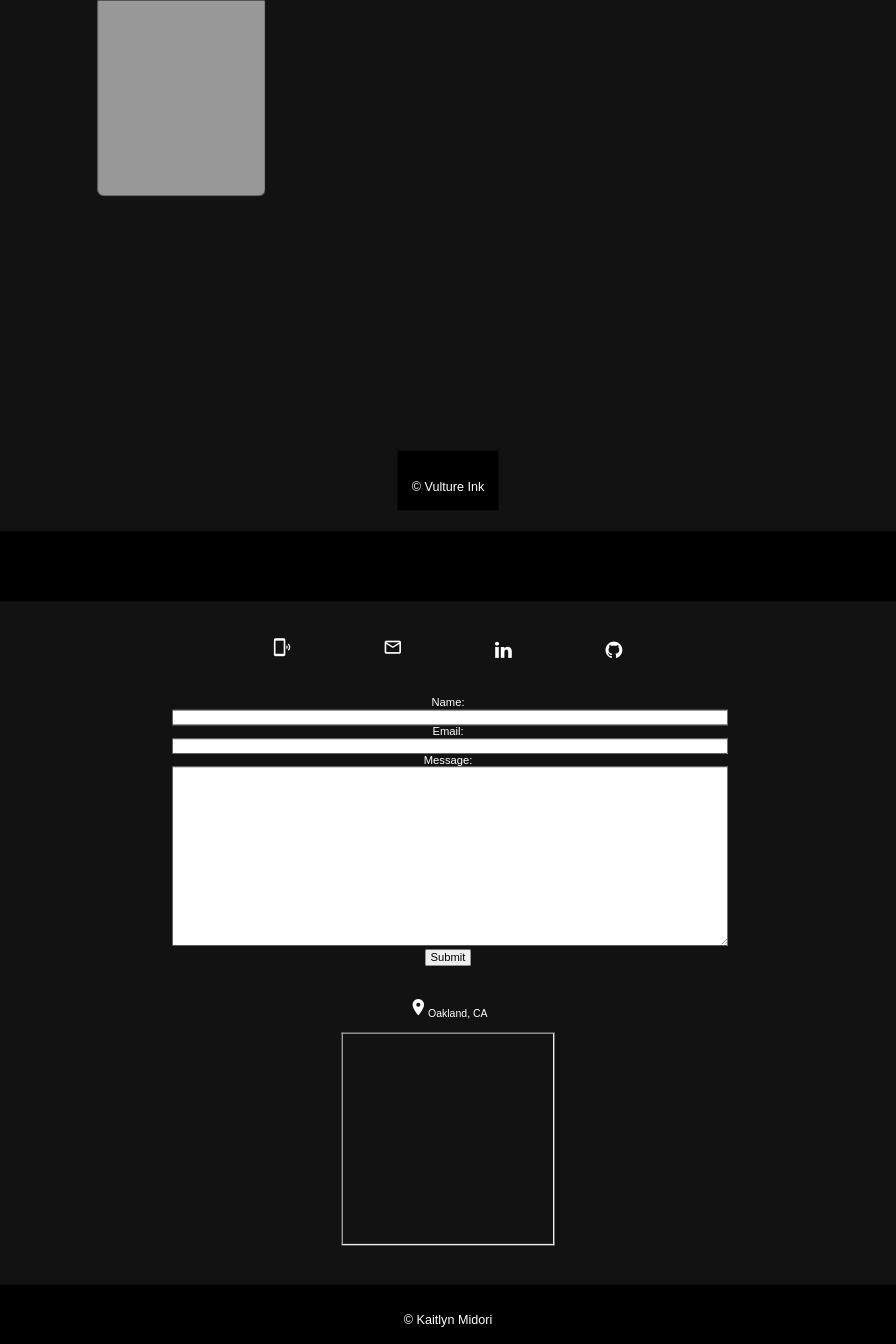
Repository: kaitlynMidori/anon_ink
Page: index.html
The author's editor kept a copy of each file at every save. The page is drawn from the files as they stood at one save, then again after the next save.
The browser window is 1280 px wide. The pictures show the part of the page from y = 810 to 2730 px (the page is 2730 px tall before and 2645 px after), at 70% of full size.
Pictures or frames that could not be fetched are drawn as grey boxes. A picture or video elsewhere on the page could not be fetched, so the positions and the page height are approximate. Some web fonts or font styles are not loaded; a fallback is used. Some web libraries are served in a nearby version.

Above is the page before, as saved 2021-11-11 20:21:09.
Not found: images/beer.jpg
Not found: images/books.jpg
Not found: images/computer.jpg

After the next save:
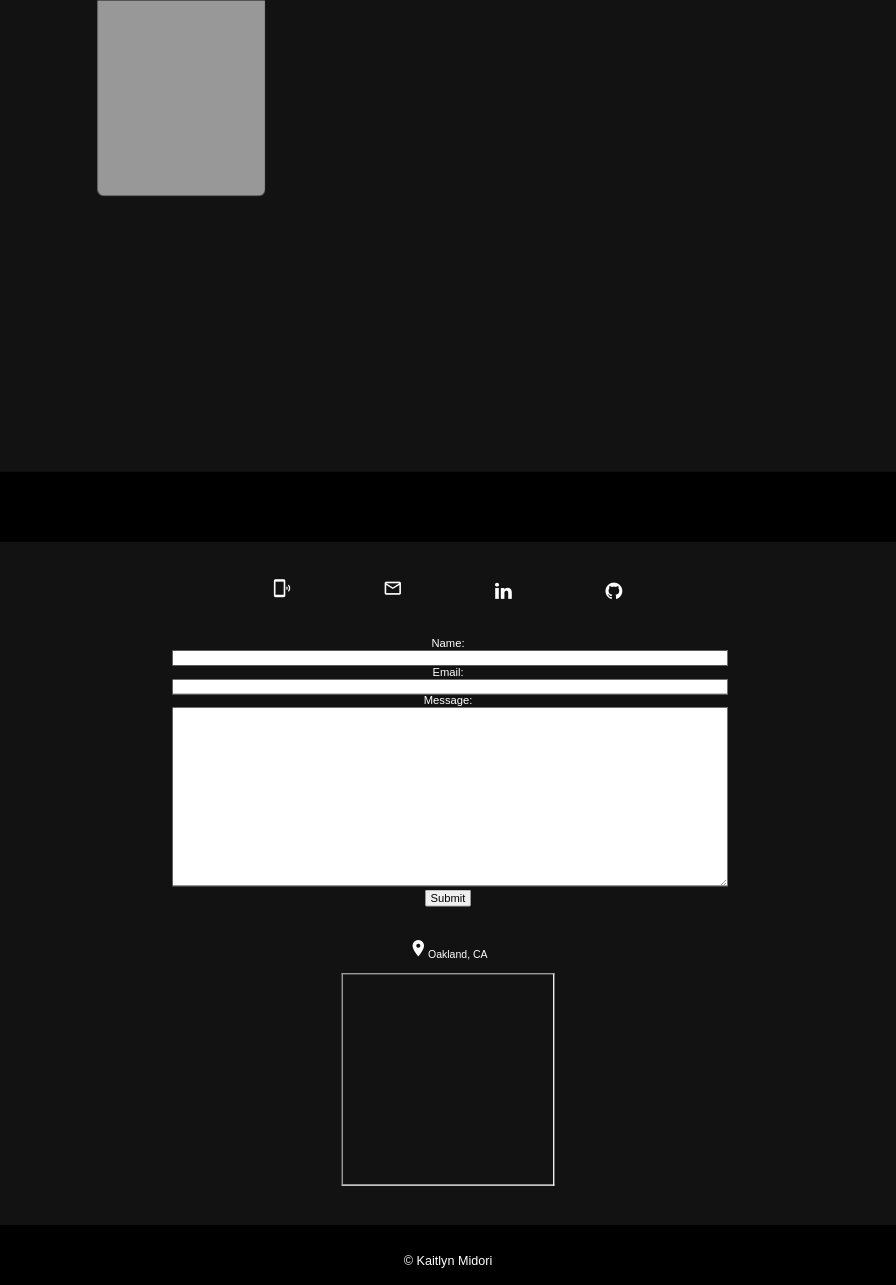
Not found: images/note.jpg
Not found: images/parks.jpg
Saved 91 s later.
--- a/index.html
+++ b/index.html
@@ -82,61 +82,74 @@
     <h2>K</h2>
     <div>
       <span class="m_scroll_arrows unu"></span>
-      <span class="m_scroll_arrows doi"></span>
-      <span class="m_scroll_arrows trei"></span>
+        <span class="m_scroll_arrows doi"></span>
+        <span class="m_scroll_arrows trei"></span>
     </div>
 </div>
 
   <section class="projects-section">
-    <div class="card-container">
-      <div class="row-one">
-        <div class="card">
-          <div class="card-inner">
-          <div class="card-one-front">
-          <a href="/Pages/walnutVaneerChair.html" class="card-font" id="card1"><h1>Walnut Vaneer Chair</h1><p>Click for project info, process docs, etc..</p></a>
+      <div class="card-container">
+        <h2 hidden="true">WORK</h2>
+        <p hidden="yes">Pick a card, any card.</p>
+        <div class="row-one">
+          <div class="card">
+            <div class="card-inner">
+            <div class="card-one-front">
+            <a href="https://search-brews.vercel.app/" class="card-font" id="card1"><h1>Beer Me</h1><p>Quench that thirst and search breweries by state using Open Brewery's API</p></a>
+          </div>
+        </div>
+      </div>
+      <div class="card">
+        <div class="card-inner">
+          <div class="card-two-front">
+            <a href="https://github.com/kaitlynMidori/nyt-server" id="card2"><h1>New York Times</h1><p>Need a new read? This app uses The New York Times Books API allowing the user to filter best sellers by reviews, or author</p></a>
+          </div>
+        </div>
+      </div>
+      <div class="card">
+        <div class="card-inner">
+          <div class="card-three-front">
+            <a href="https://makeup-api.vercel.app/" id="card3"><h1>Make Me Up</h1><p>Find your makeup match using this full-stack web app</p></a>
+          </div>
+        </div>
+      </div>
+      <div class="card">
+        <div class="card-inner">
+          <div class="card-four-front">
+            <a href="https://laptop-customizer-rosy.vercel.app/" id="card4"><h1>ELF Laptops</h1><p>This ecommerce web app allows users to build a custom computer and view the total cost</p></a>
+          </div>
+        </div>
+      </div>
+      <div class="card">
+        <div class="card-inner">
+          <div class="card-five-front">
+            <a href="https://github.com/kaitlynMidori/react-jeopardy-app" id="card5"><h1>Jeopardy</h1><p>Put your EQ to the test with this brain twisting full-stack web app game</p></a>
+          </div>
+        </div>
+      </div>
+      <div class="card">
+        <div class="card-inner">
+          <div class="card-six-front">
+            <a href="https://gardening101.vercel.app/" id="card6"><h1>Gardening 101</h1><p>Take a fun, gardening quiz</p></a>
+          </div>
+        </div>
+      </div>
+      <div class="card">
+        <div class="card-inner">
+          <div class="card-seven-front">
+            <a href="https://noteful-client-v5.vercel.app/" id="card7"><h1>Noteful</h1><p>This full-stack web app keeps you organized by creating folders and notes</p></a>
+          </div>
+        </div>
+      </div>
+      <div class="card">
+        <div class="card-inner">
+          <div class="card-eight-front">
+            <a href="https://national-park-finder.vercel.app/" id="card8"><h1>National Park Search</h1><p>Road trip anyone? Search National Parks by state using the National Park Service API</p></a>
+          </div>
         </div>
       </div>
     </div>
-    <div class="card">
-      <div class="card-inner">
-        <div class="card-two-front">
-          <a href="/Pages/marilynFrame.html" id="card2"><h1>Marilyn Frame</h1><p>Click here</p></a>
-        </div>
-      </div>
     </div>
-    <div class="card">
-      <div class="card-inner">
-        <div class="card-three-front">
-          <a href="/Pages/canoe.html" id="card3"><h1>Canoe</h1><p>Click me</p></a>
-        </div>
-      </div>
-    </div>
-    <div class="card">
-      <div class="card-inner">
-        <div class="card-four-front">
-          <a href="/Pages/oakChair.html" id="card4"><h1>Oak Chair</h1><p>Clickey</p></a>
-        </div>
-      </div>
-    </div>
-    <div class="card">
-      <div class="card-inner">
-        <div class="card-five-front">
-          <a href="/Pages/surfboard.html" id="card5"><h1>Surfboard Coffee Table</h1><p>Click</p></a>
-        </div>
-      </div>
-    </div>
-    <div class="card">
-      <div class="card-inner">
-        <div class="card-six-front">
-          <a href="/Pages/chello.html" id="card6"><h1>Chello</h1><p>Click</p></a>
-        </div>
-      </div>
-    </div>
-
-
-  </div>
-  <footer><p>© Vulture Ink</p></footer>
-  </div>
   </section>
 
       <!-- Contact -->
